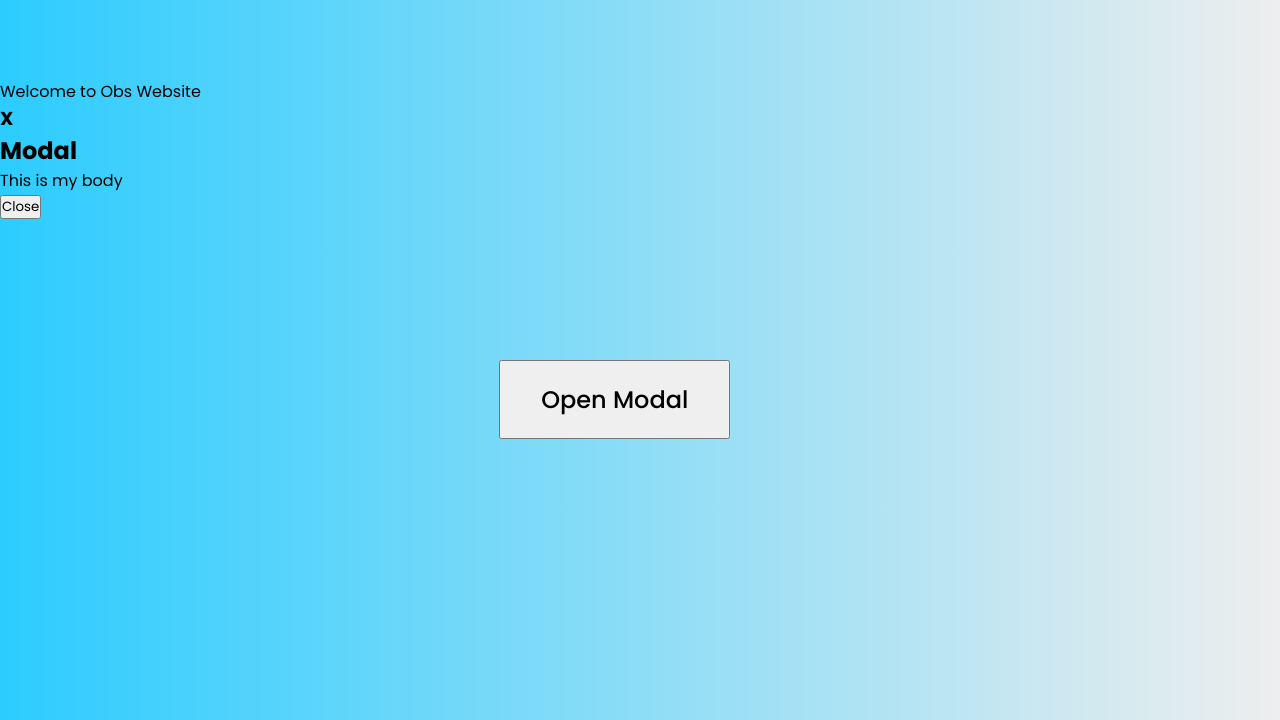
Repository: lausamtuong/Modal_card
Page: index.html
These files come from the project's save history. The page is drawn as it stood at one moment and after a run of saves; the edit follows.
The browser window is 1280 px wide. The pictures show the whole page.
The style sheet was rebuilt from its Sass, Less or Tailwind sources for each picture, by a compiler version that may differ from the author's.

Above is the page before, as saved 2021-12-14 21:33:19.

### index.html
<!DOCTYPE html>
<html lang="en">
<head>
    <meta charset="UTF-8">
    <meta http-equiv="X-UA-Compatible" content="IE=edge">
    <meta name="viewport" content="width=device-width, initial-scale=1.0">
    <link rel="stylesheet" href="style.css">
    <link href="https://fonts.googleapis.com/css2?family=Poppins:wght@400;500;700&display=swap" rel="stylesheet">
    <title>Document</title>
</head>
<body>
    <button class="open__btn">Open Modal</button>
    <div class="modal">
        <div class="modal__inner">
            <div class="modal__heade">
                <p>Welcome to Obs Website</p>
                <h3>X</h3>
            </div>
            <div class="modal__body">
                <h2>Modal</h2>
                <p>This is my body</p>
            </div>
            <div class="modal__footer">
                <button class="modal__close-btn">Close</button>
            </div>
        </div>
    </div>
</body>
</html>

### style.scss
*{
    margin: 0;
    padding: 0;
    box-sizing: border-box;
    font-family: 'Poppins', sans-serif;
}
body{
    height: 100vh;
    background:  linear-gradient( to right,#2cccff ,#eee );;
}
.open__btn{
     position: relative;;
   top:50%;
   left:39%;
   outline: none;
   padding : 20px 40px;
   font-weight: 500;
   font-size: 1.5rem;

}

After the next 3 saves:
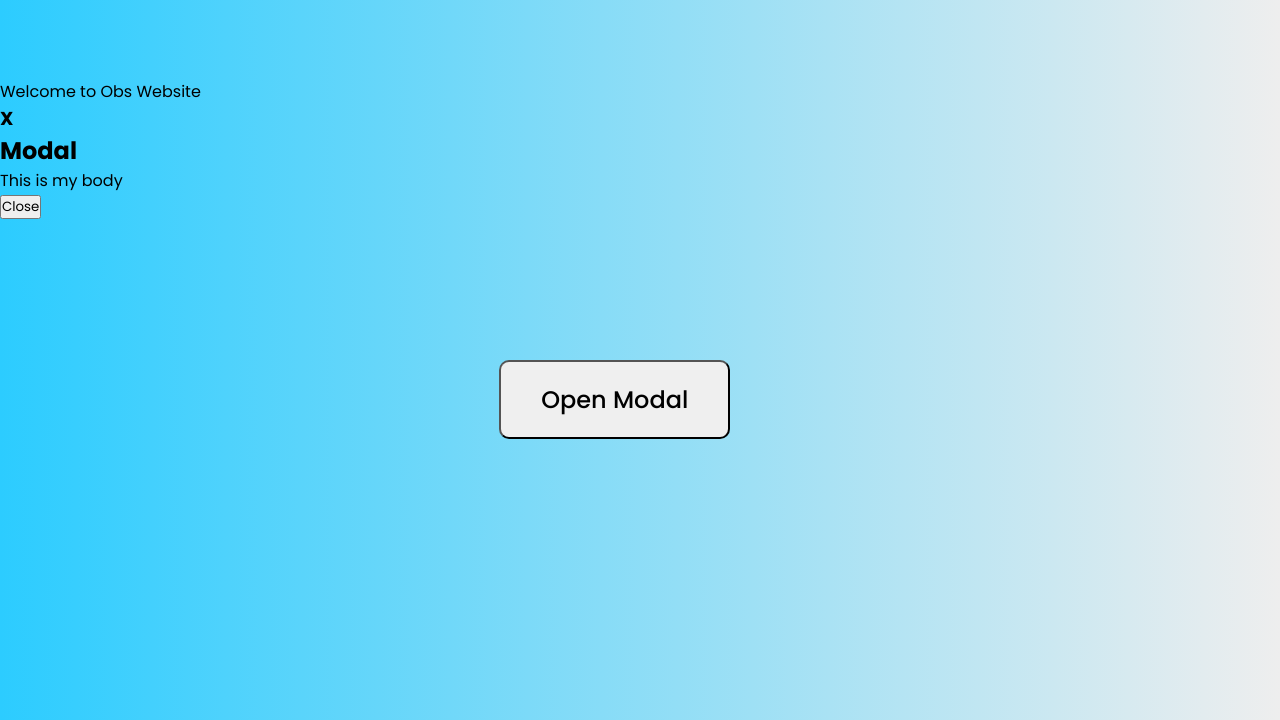
The 3 saves are shown as one change because they came seconds apart.
The last was saved 11 s later.
--- a/style.scss
+++ b/style.scss
@@ -16,5 +16,6 @@ body{
    padding : 20px 40px;
    font-weight: 500;
    font-size: 1.5rem;
+   border-radius: 10px;
 
 }
